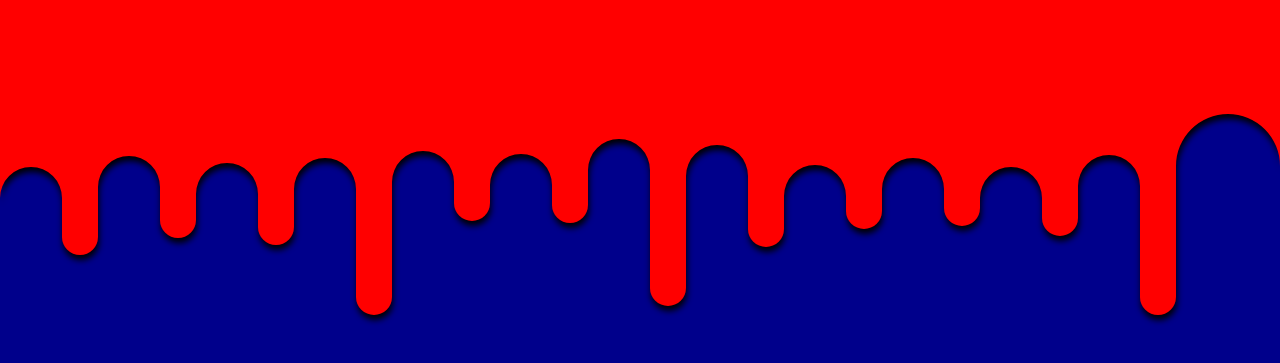
Repository: l-ollie/drip
Page: index.html
These files come from the project's save history. The page is drawn as it stood at one moment and after the next save; the edit follows.
The browser window is 1280 px wide. The pictures show the whole page.

Above is the page before, as saved 2022-06-30 18:46:01.

### index.html
<!DOCTYPE html>
<!--[if lt IE 7]>      <html class="no-js lt-ie9 lt-ie8 lt-ie7"> <![endif]-->
<!--[if IE 7]>         <html class="no-js lt-ie9 lt-ie8"> <![endif]-->
<!--[if IE 8]>         <html class="no-js lt-ie9"> <![endif]-->
<!--[if gt IE 8]>      <html class="no-js"> <!--<![endif]-->
<html>
    <head>
        <meta charset="utf-8">
        <meta http-equiv="X-UA-Compatible" content="IE=edge">
        <title>Drip</title>
        <meta name="description" content="">
        <meta name="viewport" content="width=device-width, initial-scale=1">
        <link rel="stylesheet" href="assets/style.css">
    </head>
    <body>
        <!--[if lt IE 7]>
            <p class="browsehappy">You are using an <strong>outdated</strong> browser. Please <a href="#">upgrade your browser</a> to improve your experience.</p>
        <![endif]-->
        <div id="container">
            <!-- <svg width="100%" height="100%" xmlns="http://www.w3.org/2000/svg">
                <style>


                    .point-cursor { cursor: pointer; } /* specific elements */
                  </style>

                <path id="drip1"   class="point-cursor" d="M 0 0 v 100 a 50 50 1 0 0 100 0 v -100 Z"  fill="red">
                    <animate

                    id="dripAnim1"
                    attributeName="d"
                    dur="0.5"
                    type="translate"
                    begin="indefinite; "
                    repeatCount="1"
                    calcMode="spline"
                    keySplines=".21,.3,.01,.98"
                    values="M 0 0 v 100 a 50 50 1 0 0 100 0 v -100 Z ; M 0 0 v 100 a 50 50 1 0 0 100 0 v -100 Z"
                    />
                </path>



                <path id="ball1" d="M 100 0 v 100 a 50 50 0 0 1 100 0 v -100 Z"  fill="red">
                <animate
                id="anim1"
                attributeName="d"
                from="M 100 0 v 100 a 50 50 0 0 1 100 0 v -100 Z"
                to="M 100 0 v 200 a 50 50 0 0 1 100 0 v -200 Z"
                dur="1"
                type="translate"
                begin="0s; "
                repeatCount="1"
                fill="freeze"
                calcMode="spline"
                keySplines="0.4 0 0.2 1"
                values="
                M 100 0 v 200 a 50 50 0 0 1 100 0 v -200 Z
                ;
                M 100 0 v 100 a 50 50 0 0 1 100 0 v -100 Z
                "
                />
                <!-- <animate
                id="anim2"
                attributeName="d"
                from="M 100 0 v 200
                a 50 50 0 0 1 100 0
                v -200 Z"
                to="M 100 0 v 100
                a 50 50 0 0 1 100 0
                v -100 Z"
                dur="1"
                type="translate"
                begin="anim1.end"
                easing="ease-in-out"
                /> -->
                <!-- </path>

              </svg>  -->
        </div>

        <script src="drip.js" async defer></script>
    </body>
</html>

### assets/style.css
body{
    margin: 0px;
    background-color:darkblue;
}

#container{
    height: 90vh;
}
#dripperSvg{
    filter: drop-shadow(1px 5px 3px #000);
}

.point-cursor { cursor: pointer; }

### drip.js
// svg.appendChild(r);
// @ts-check

function makeSVG() {
	const amount = 25;
	// const width = 50;
	const height = 200;
	let currentXPos = 0;

	const windowWidth = window.innerWidth;
	const pathWidth = Math.ceil(windowWidth / amount);

	let svgElement = document.createElementNS('http://www.w3.org/2000/svg', 'svg');
	svgElement.setAttributeNS(null, 'width', '100%');
	svgElement.setAttributeNS(null, 'height', '100%');
	svgElement.setAttributeNS(null, 'id', 'dripperSvg');

	for (let i = 0; i < amount; i++) {
		svgElement.appendChild(lowDrip(pathWidth, height, i));
	}
	document.getElementById('container').appendChild(svgElement);

	////////////////////////////////
	function lowDrip(width, height, i) {
		const dripLow = '1 0 0';
		const dripHigh = '0 0 1';
		let isLow;
		let arc;
		const idNames = [ 'drip', 'curve' ];
		let idName;
		let random = Math.random() * 50;

		if (i % 2 !== 0) {
			isLow = true;
			arc = dripLow;
			width = Math.round(width * 0.7);
			if (random > 40) random *= 2;
			height = Math.ceil(height + random);
		} else {
			isLow = false;
			arc = dripHigh;
			width = Math.round(width * 1.2);
			height = Math.ceil(height - random);
		}
		if (i === amount - 1) {
			width = windowWidth - currentXPos;
		}

		function setAttributeNSForSvg(createElement, attributes, pathElement) {
			let _svg = document.createElementNS('http://www.w3.org/2000/svg', createElement);
			const halfWidth = Math.ceil(width / 2);
			const _singlePath = `M ${currentXPos} 0 v ${height} a ${halfWidth} ${halfWidth} ${arc} ${width} 0 v -${height} Z`;

			for (let y = 0; y < attributes.length; y++) {
				_svg.setAttributeNS(null, attributes[y][0], attributes[y][1]);
			}
			if (_svg.tagName.toLowerCase() === 'path') {
				_svg.setAttributeNS(null, 'd', `${_singlePath}`);

				console.log(`path = ${_singlePath}`);
				currentXPos += width;
				return _svg;
			} else {
				console.log(`animate = ${_singlePath}`);
				const _copiedPath = getPathFromSvg(pathElement.getAttributeNS(null, 'd'));
				_svg.setAttributeNS(null, 'values', `${_copiedPath} ; ${_copiedPath}`);

				return _svg;
			}
		}

		const attributesDripPath = [ [ 'id', `${isLow ? idNames[0] : idNames[1]}${i}` ], [ 'fill', 'red' ] ];
		let _path = setAttributeNSForSvg('path', attributesDripPath);
		// if (isLow) console.log('adding cursur to ' + `${_path.getAttributeNS(null, 'id')}`);

		if (isLow === false) {
			return _path;
		} else {
			_path.setAttributeNS(null, 'class', 'point-cursor');
			const attributesDripAnim = [
				[ 'id', `dripAnim${i}` ],
				[ 'attributeName', 'd' ],
				[ 'dur', '0.3' ],
				[ 'type', 'translate' ],
				[ 'begin', 'indefinite; ' ],
				[ 'repeatCount', '1' ],
				[ 'calcMode', 'spline' ],
				[ 'keySplines', '.21,.3,.01,.98' ]
			];
			let _anim = setAttributeNSForSvg('animate', attributesDripAnim, _path);
			_path.appendChild(_anim);

			return _path;
		}
	}
}

makeSVG();

function getPathFromSvg(path) {
	const regexPath = /M+ +[0-9]+ +[0-9]+ +v+ +[0-9]+ +a+ +[0-9]+ +[0-9]+ +[0-9]+ +[0-9]+ +[0-9]+ +[0-9]+ +[0-9]+ +v+ +-+[0-9]+ +Z/g;

	let value;
	let values = [];

	while ((value = regexPath.exec(path)) !== null) {
		values.push(value[0]);
	}
	return values;
}

container.onmousedown = function(e) {
	const dripIDRegex = /drip/;
	let el = e.target.correspondingUseElement ? e.target.correspondingUseElement : e.target;
	const elementId = el.getAttributeNS(null, 'id');
	const dripName = dripIDRegex.exec(elementId);
	if (dripName === null) {
		return;
	}
	document.addEventListener('mousemove', onMouseMove);
	const dripNum = /[0-9]+/.exec(elementId);
	const clickBeginYPos = e.pageY;
	let dragLength = 0;
	let pathD = el.getAttribute('d');

	function onMouseMove(e) {
		dragLength = e.pageY - clickBeginYPos;
		el.setAttributeNS(null, 'd', addLength(pathD, dragLength));
	}

	function addLength(oldLength, dragLength) {
		const regex = /v+ +[0-9]+|v+ +-+[0-9]+/g;
		const drippingPoints = oldLength.match(regex);
		const drippingLength = Number(/[0-9]+/.exec(drippingPoints[0]));
		let newDrippingPoints = oldLength.replace(drippingPoints[0], `v ${drippingLength + dragLength}`);
		newDrippingPoints = newDrippingPoints.replace(drippingPoints[1], `v -${drippingLength + dragLength}`);
		return newDrippingPoints;
	}

	onmouseup = function() {
		document.removeEventListener('mousemove', onMouseMove);
		container.onmouseup = null;
		changeAnimation();

		function changeAnimation() {
			if (dragLength === 0) {
				return;
			}
			const animId = Number(/[0-9]+/.exec(elementId));

			const regexPath = /M+ +[0-9]+ +[0-9]+ +v+ +[0-9]+ +a+ +[0-9]+ +[0-9]+ +[0-9]+ +[0-9]+ +[0-9]+ +[0-9]+ +[0-9]+ +v+ +-+[0-9]+ +Z/g;
			let svgAnimation = document.getElementById(`dripAnim${animId}`);
			const valuesProp = svgAnimation.getAttributeNS(null, 'values');

			const values = getPathFromSvg(valuesProp);

			const changedValue = valuesProp.replace(values[0], `${addLength(values[1], dragLength)}`);
			svgAnimation.setAttributeNS(null, 'values', changedValue);
			svgAnimation.beginElement();
			el.setAttributeNS(null, 'd', pathD);
			dragLength = 0;
		}
	};
};

After the next save:
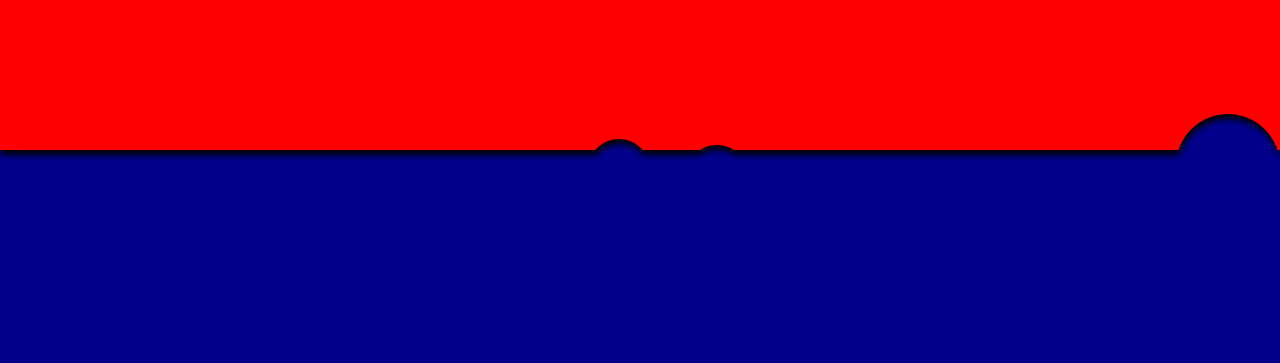
Saved 47 s later.
--- a/assets/style.css
+++ b/assets/style.css
@@ -4,7 +4,7 @@
 }
 
 #container{
-    height: 90vh;
+    height: 100%;
 }
 #dripperSvg{
     filter: drop-shadow(1px 5px 3px #000);

After the save that followed:
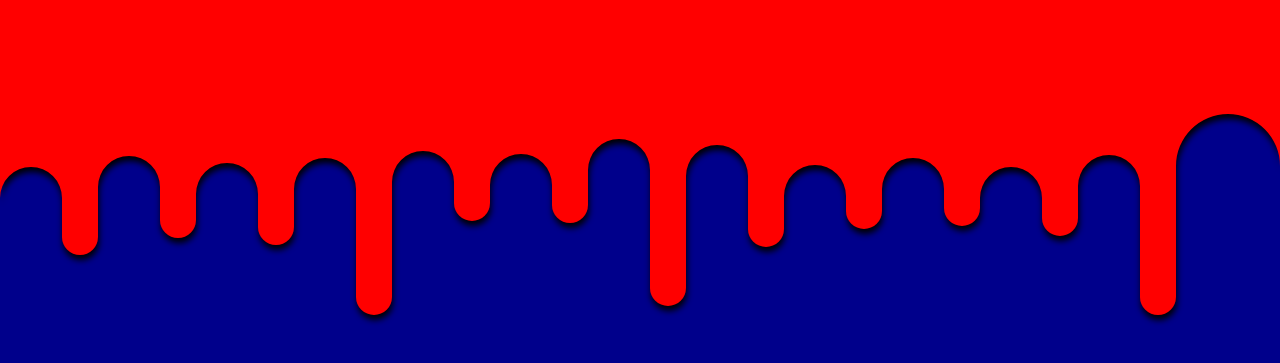
Saved 82 s later.
--- a/assets/style.css
+++ b/assets/style.css
@@ -4,7 +4,7 @@
 }
 
 #container{
-    height: 100%;
+    height: 90vh;
 }
 #dripperSvg{
     filter: drop-shadow(1px 5px 3px #000);
